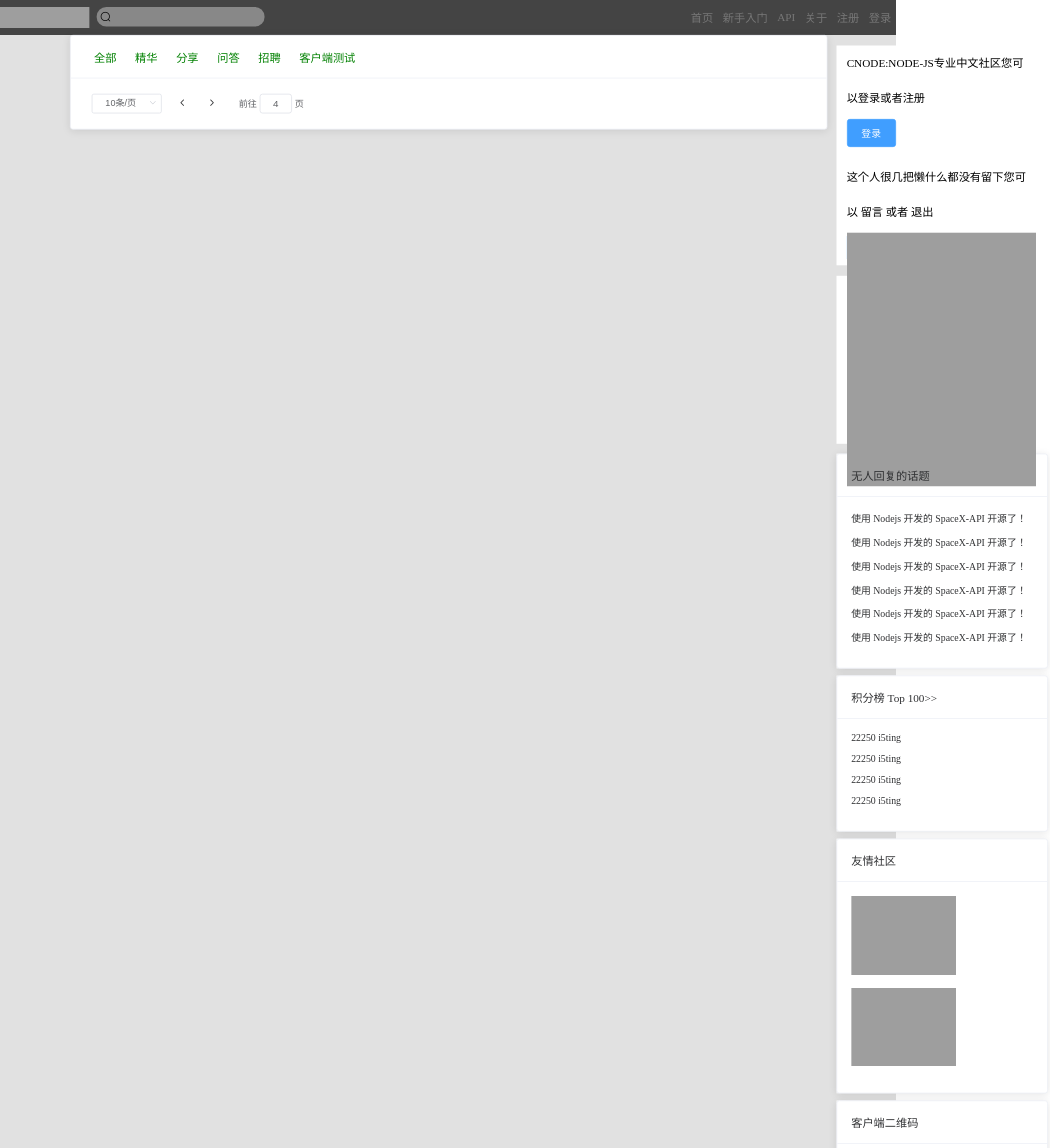
Repository: jinggegeZ/cnode
Page: /
The author's editor kept a copy of each file at every save. The page is drawn from the files as they stood at one save, then again after the next save.
The browser window is 1280 px wide. The page is 1500 px wide, so the pictures cover 1500 px, including what lies to the right of the window. The pictures show the part of the page from y = 0 to 1640 px (the page is 2329 px tall), at 70% of full size.
Pictures or frames that could not be fetched are drawn as grey boxes. The page's requests for data from a server got no answer. The project was rebuilt for these pictures with package versions that can differ from the ones it lists, and the page was loaded fresh each time. No one was signed in, and anything a server would have sent is missing.

Above is the page before, as saved 2020-06-08 09:50:52.

### src/main.js
import Vue from 'vue'
import App from './App.vue'
import router from './router'
import store from './store'
import ElementUI from 'element-ui'
import 'element-ui/lib/theme-chalk/index.css'


Vue.config.productionTip = false
Vue.use(ElementUI);
new Vue({
  router,
  store,
  render: h => h(App)
}).$mount('#app')

### src/App.vue
<template>
  <div id="app">
    <router-view/>
  </div>
</template>

<style lang="scss">
   * {
  margin: 0;
  padding: 0;
 }
</style>

### src/router/index.js
import Vue from 'vue'
import VueRouter from 'vue-router'
import Home from '../views/Home.vue'
import layout from '../views/layout1/layout'

Vue.use(VueRouter)

  const routes = [
    {
      path:'/home',
      redirect:'/'
    },
  {
    path:'/',
    name:'layout',
    component: layout,
    children: [
      {
        path: '',
        name: 'Home',
        component: Home
      },
    ]
  },

  {
    path: '/login',
    name: 'login',
    component: () => import('../views/login/login')
  },

]

const router = new VueRouter({
  mode: 'history',
  base: process.env.BASE_URL,
  routes
})

export default router

### src/store/index.js
import Vue from 'vue'
import Vuex from 'vuex'

Vue.use(Vuex)

export default new Vuex.Store({
  state: {
    name:'jack'
  },
  mutations: {
  },
  actions: {
  },
  modules: {
  }
})

### src/views/Home.vue
<template>
 <div>
  <div >
      <div class="box">
      <el-card class="box-card">
      <div slot="header" class="clearfix">
      <div class="head">
        <div @click="click"><a href="/">全部</a></div>
        <div @click="click"><a href="">精华</a></div>
        <div @click="click"><a href="">分享</a></div>
        <div @click="click"><a href="">问答</a></div>
        <div @click="click"><a href="">招聘</a></div>
        <div @click="click"><a href="">客户端测试</a></div>
      </div>
    </div>
    <div v-for="(item,index) in arr.slice((currentPage - 1) * pagSize, currentPage*pagSize)" :key="index" class="text item style ">
      <div class="item2" v-if="arr.length%10 === 0">
          <div class="item1"><a href="" class="img"><img :src="item.author.avatar_url" alt="" width="25px" height="25px"></a></div>
          <div class="item3">{{item.reply_count}}/{{item.visit_count}}</div>
          <div class="i-top" v-if="index < 2">置顶</div>
          <div class="i-top1" v-if="index > 2 && item.tab === 'share'">分享</div>
          <div class="i-top1" v-if="item.tab === 'ask'">问答</div>
          <a href="/details" class="item4">{{item.title}}</a>
      </div>
      <div>
        <div>1212</div>
        <div>天前</div>
      </div>
    </div>
    <el-pagination
      @size-change="handleSizeChange"
      @current-change="handleCurrentChange"
      :current-page="currentPage4"
      :page-sizes="[10, 20, 30, 40]"
      :page-size="page-size"
      layout="total, sizes, prev, pager, next, jumper"
      :total="arr.lenth">
    </el-pagination>
      </el-card>
    </div>
  </div>
  </div>
</template>

<script>
import axios from 'axios'
import dayjs from 'dayjs'
 export default {
   data () {
     return {
       currentPage1: 5,
        currentPage2: 5,
        currentPage3: 5,
        currentPage4: 4,
        arr:[],
        arr1:[],
        CurrentChange:1,
        pagSize:10,
     }
   },
   components: {

   },
   methods: {
     handleSizeChange(val) {
        this.pagSize = val
      },
      handleCurrentChange(val) {
         this.CurrentChange = val
      },
      click() {

      },
      gteData(){
            axios.get(`https://cnodejs.org/api/v1/topics`)
           .then((res)=>{
            this.arr = res.data.data
           })
           .catch((err)=>{
             console.log(err)
           })
         },
      all(){
           this.$router.replace('/')
      },


   },
   mounted() {
     this.gteData()

   },
   watch: {

   },
   computed: {

   }
 }
</script>

<style scoped>
  a {
    text-decoration: none;
    color: green;
  }
  .style {
    display: flex;
    justify-content: space-between;
    margin-left: 10px;
    border-bottom: 1px solid rgb(225,225,225);
  }
  .item2 {
    display: flex;
    height: 50px;
    align-items: center;
  }
  .style:hover {
    background: rgb(225,225,225);
  }
  .style:hover a{
    text-decoration: underline;
  }
  .item1 {
    margin-left: 10px;
    color:#9e78c0;
    width: 50px;
  }
  .item3 {
    margin-left: 10px;
    color:#9e78c0;
    width: 70px;
  }
  .item4 {
    margin-left: 10px;
    color:black;
    width: 700px;
    font-size: 16px;
  }
  .box {
    display: flex;
    margin-left: 100px;
    width: 1095px;

  }
  .text {
    font-size: 14px;
  }
  .clearfix:before,
  .clearfix:after {
    display: table;
    content: "";
  }
  .clearfix:after {
    clear: both
  }

  .box-card {
    width: 1080px;
    margin-right: 10px;
  }
  .head {
    width: 400px;
    display: flex;
    justify-content: space-around;
  }
  .f-font {
    background: green;
    color: white;
  }
  .i-top {
    width: 40px;
    background: green;
    height: 30px;
    color: white;
    border-radius: 5px;
    display: flex;
    justify-content: center;
    align-items: center;
    margin-left: 10px;
  }
  .i-top1 {
    width: 40px;
    background: rgb(229,229,229);
    height: 30px;
    color: rgb(162,162,183);
    border-radius: 5px;
    display: flex;
    justify-content: center;
    align-items: center;
    margin-left: 10px;
  }
</style>

### src/views/layout1/layout.vue
<template>
 <div>
    <div class="container">
            <div class="top">
            <top></top>
            </div>
        <div class="content">
            <div>
                <router-view></router-view>
            </div>
            <div class="right">
                <right></right>
            </div>
        </div>
    </div>
    <div class="below">
        <below></below>
    </div>
 </div>
</template>

<script>
    import top from '../../components/top/top'
    import right from '../../components/right/right'
    import below from '../../components/below/below'
 export default {
     name:'layout',
   data () {
     return {

     }
   },
   components: {
       top,
       right,
       below,
   },
   methods: {

   },
   mounted() {

   },
   watch: {

   },
   computed: {
   }
 }
</script>

<style scoped>
    .container {
        width: 100%;
    height: 100%;
    background: rgb(225,225,225);
    }
    .content {
        display: flex;
    }


</style>

### src/components/top/top.vue
<template>
  <div>
    <div class="top">
      <div class="box">
        <div class="b-left">
          <a href="/" class="img" >
            <img src="//static2.cnodejs.org/public/images/cnodejs_light.svg" alt="" width="128px" height="30px">
          </a>
          <div class="ipt">
            <i class="el-icon-search icon"></i>
            <input type="text" class="item">
          </div>
        </div>
        <div class="b-right">
            <div class="b-box">
                <a href="/">首页</a>
                <a href="">新手入门</a>
                <a href="">API</a>
                <a href="">关于</a>
                <a href="">注册</a>
                <a href="" @click="login">登录</a>
            </div>
        </div>
      </div>
    </div>
  </div>
</template>

<script>
export default {
  data() {
    return {};
  },
  components: {},
  methods: {
      login(){
          this.$router.push('/login')
      },
      home(){
          this.$router.push('/')
      }
  },
  mounted() {},
  watch: {},
  computed: {}
};
</script>

<style scoped >
a {
    text-decoration: none;
    color: #777;
}
a:hover {
    color: white;
}
.top {
  width: 100%;
  height: 50px;
  background: rgb(68, 68, 68);
}
.box {
  max-width: 1400px;
  height: 50px;
  margin: 0 auto;
  display: flex;
  justify-content: space-between;
  align-items: center;
}
.b-left {
  display: flex;

}
.ipt {
  width: 240px;
  height: 28px;
  border-radius: 50px !important;
  overflow: hidden;
  display: flex;
  align-items: center;
  background: #888;
  margin-left: 10px;

}
.item {
    border: none;
    outline:none;
    background: transparent;
    margin-left: 5px;
    width: 200px;
    height: 24px;
    margin-left: 10px;
}
.ipt:hover {
    background: white;
}
.img {
    display: flex;
    align-items: center;
}
.b-right {
    width: 300px;
}
.b-box {
    display: flex;
    justify-content: space-around;
    align-items: center;
}
.icon {
    margin-left: 5px;
}
</style>

### src/components/right/right.vue
<template>
  <div>
    <div class="right">
      <div class="r-head" >
        <div class="rh-box">
          <a href="https://cnodejs.org/" class="r-font">CNODE:NODE-JS专业中文社区</a>
          <a href="/login" class="r-font">您可以登录或者注册</a>
          <div class="r-but r-font">
            <el-button @click="login" type="primary">登录</el-button>
          </div>
        </div>
        <div class="rh-box" >
          <a class="r-font">这个人很几把懒什么都没有留下</a>

          <a class="r-font">您可以 留言 或者 退出 </a>
          <div class="r-but r-font">
            <el-button @click="login" type="primary">登录</el-button>
            <el-button @click="out" type="primary">退出</el-button>
          </div>
        </div>
      </div>
      <div class="r-nav">
        <div class="rn-box">
          <a href class="rn-img">
            <img src="//static.cnodejs.org/FlajCCXkxZaOsuWp3k0iaiqfrJaS" alt width="270px" />
          </a>
          <a href class="rn-img">
            <img src="//static.cnodejs.org/FgIok2ZlDer2QOb8sJ20S9Y8T2Jq" alt width="270px" />
          </a>
          <a href class="rn-img">
            <img src="//static.cnodejs.org/Fn4D6BhOTz1IswvmzeZ1q7QW1ls_" alt width="270px" />
          </a>
        </div>
      </div>
      <div class="r-haed">
        <div class="r-head">
          <el-card class="box-card">
            <div slot="header" class="clearfix">
              <span>无人回复的话题</span>
            </div>
            <div v-for="o in 6" :key="o" class="text item">{{'使用 Nodejs 开发的 SpaceX-API 开源了！ ' }}</div>
          </el-card>
        </div>
      </div>
      <div class="r-haed">
        <div class="r-head">
          <el-card class="box-card">
            <div slot="header" class="clearfix">
              <span>积分榜 Top 100>></span>
            </div>
            <div v-for="o in 4" :key="o" class="text item">{{'22250 i5ting ' }}</div>
          </el-card>
        </div>
      </div>
      <div class="r-haed">
        <div class="r-head">
          <el-card class="box-card">
            <div slot="header" class="clearfix">
              <span>友情社区</span>
            </div>
            <div class="text item"><a href="https://ruby-china.org/" target="blank"><img src="//static2.cnodejs.org/public/images/ruby-china-20150529.png" alt="" width="150px"></a></div>
            <div class="text item"><a href="http://phphub.org/"  target="blank"><img src="//static2.cnodejs.org/public/images/phphub-logo.png" alt="" width="150px"></a></div>
          </el-card>
        </div>
      </div>
      <div class="r-haed">
        <div class="r-head">
          <el-card class="box-card">
            <div slot="header" class="clearfix">
              <span>客户端二维码</span>
            </div>
            <div class="a-box">
              <div><img src="//static.cnodejs.org/FtG0YVgQ6iginiLpf9W4_ShjiLfU" alt="" width="200px" height="200px"></div>
              <div class="a-font"><a href="https://github.com/soliury/noder-react-native" target="blank">客户端源码地址</a></div>
            </div>
          </el-card>
        </div>
      </div>
    </div>
  </div>
</template>

<script>
export default {
  data() {
    return {};
  },
  components: {},
  methods: {
    login() {
      this.$router.push("/login");
    },
    out() {
      this.$router.replace('/')
    }
  },
  mounted() {},
  watch: {},
  computed: {}
};
</script>

<style scoped>
a {
  text-decoration: none;
  color: black;
}
.right {
  width: 290px;
  margin-bottom: 10px;
}
.rh-box {
  width: 90%;
  margin: 5%;
}
.r-font {
  height: 50px;
  line-height: 50px;
}
.r-head {
  background: white;
  margin-bottom: 10px;
}
.r-but {
  display: flex;

  align-items: center;
}
.r-nav {
  background: white;
}
.rn-box {
  width: 90%;
  margin: 5%;
}
.rn-img {
  width: 290px;
  height: 80px;
  display: flex;
  align-items: center;
}
.d-box {
  height: 50px;
  background: rgb(246, 246, 246);
  line-height: 50px;
}
.text {
  font-size: 14px;
}

.item {
  margin-bottom: 14px;
}
.clearfix:before,
.clearfix:after {
  display: table;
  content: "";
}
.clearfix:after {
  clear: both;
}
.box-card {
  width: 300px;
}
.a-font {
 font-size: 14px;
}
.a-box {
  display: flex;
  justify-content: center;
  flex-wrap: wrap;
}
.a-font:hover {
  text-decoration: underline;
}
</style>

### src/components/below/below.vue
<template>
 <div>
    <div class="foot">
        <div class="f-box">
          <div class="fb-font">
            <div><a href="">Rss</a></div>
            <div class="fb"></div>
            <div><a href="">源码地址</a></div>
          </div>
          <div class="fb-font">CNode 社区为国内最专业的 Node.js 开源技术社区，致力于 Node.js 的技术研究。</div>
          <div class="fb-font">
          服务器赞助商为
          <a href=""><img src="//static.cnodejs.org/FuIpEaM9bvsZKnQ3QfPtBHWQmLM9" alt=""></a>
          ，存储赞助商为<a href=""><img src="//static.cnodejs.org/Fg0jtDIcTqVC049oVu5-sn6Om4NX" alt="" width="115px"></a>,由<a href=""><img src="//static.cnodejs.org/FpMZk31PDyxkC8yStmMQL4XroaGD" alt="" width="166px"></a>
          提供性能服务</div>
          <div class="fb-font">新手搭建 Node.js 服务器，推荐使用无需备案的 <a href="https:www.409236083@qq.com">https:409236083@qq.com</a></div>
        </div>
    </div>
 </div>
</template>

<script>
 export default {
   name: '',
   props: {
   },
   components: {

   },
   data () {
     return {

     }
   },
   methods: {

   },
   mounted() {

   },
   watch: {

   },
   computed: {

   }
 }
</script>

<style scoped>
    a {
      text-decoration: none;
      color: black;
    }
    .foot {
        width: 100%;
        display: flex;
        justify-content: center;
        background: white;

    }
    .f-box {
        width: 1400px;
        height: 100px;
        align-items: center;

    }
    .fb-font {
      display: flex;
      height: 50px;
      line-height: 50px;

    }
    .fb {
      width: 1px ;
      height: 15px;
      background: black;
      margin-left: 10px;
      margin-right: 10px;
      margin-top: 18px;
    }

</style>

Loaded but not shown: public/index.html (common file)

After the next save:
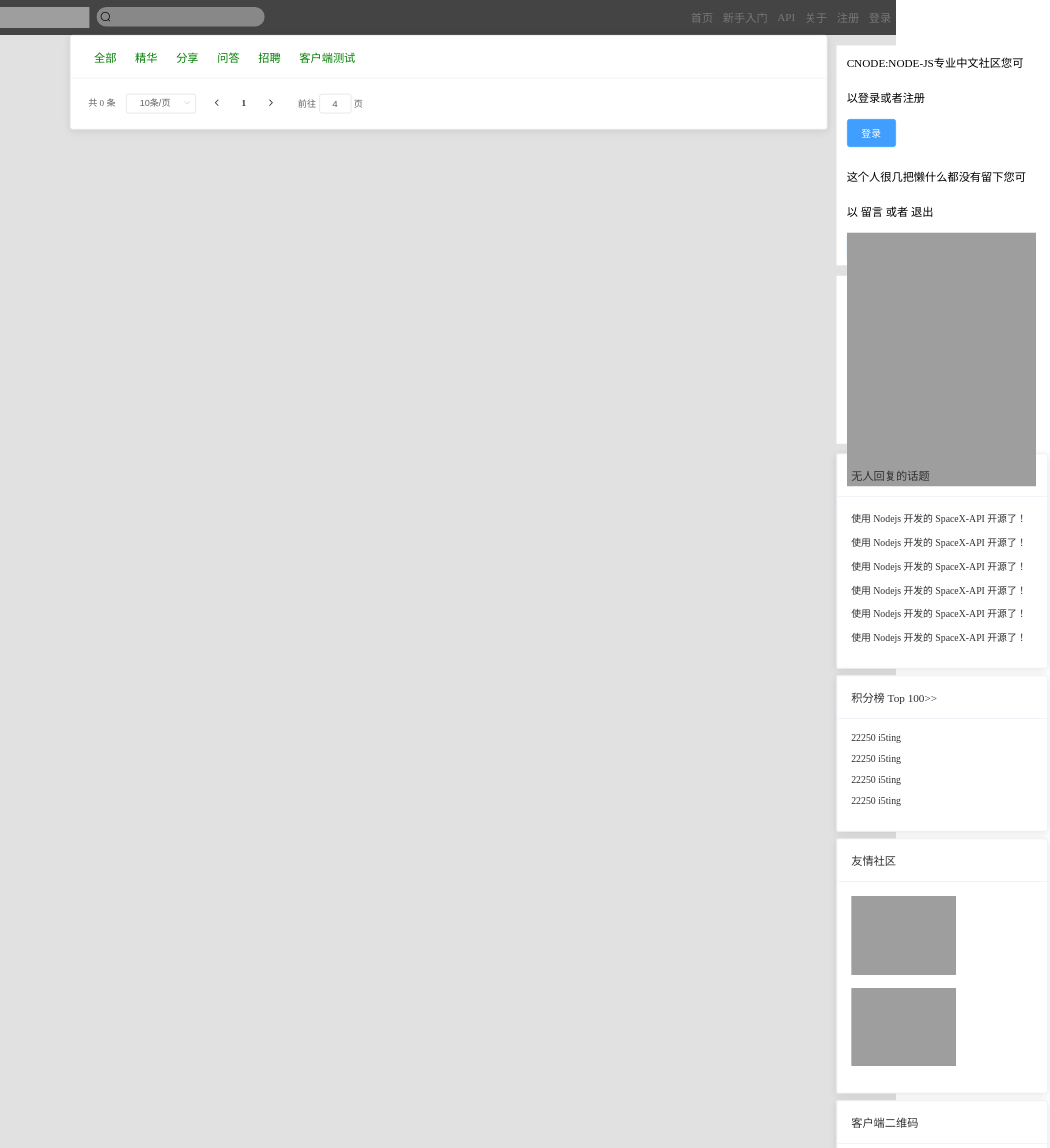
Saved 6 s later.
--- a/src/views/Home.vue
+++ b/src/views/Home.vue
@@ -34,7 +34,7 @@
       :page-sizes="[10, 20, 30, 40]"
       :page-size="page-size"
       layout="total, sizes, prev, pager, next, jumper"
-      :total="arr.lenth">
+      :total="arr.length">
     </el-pagination>
       </el-card>
     </div>
